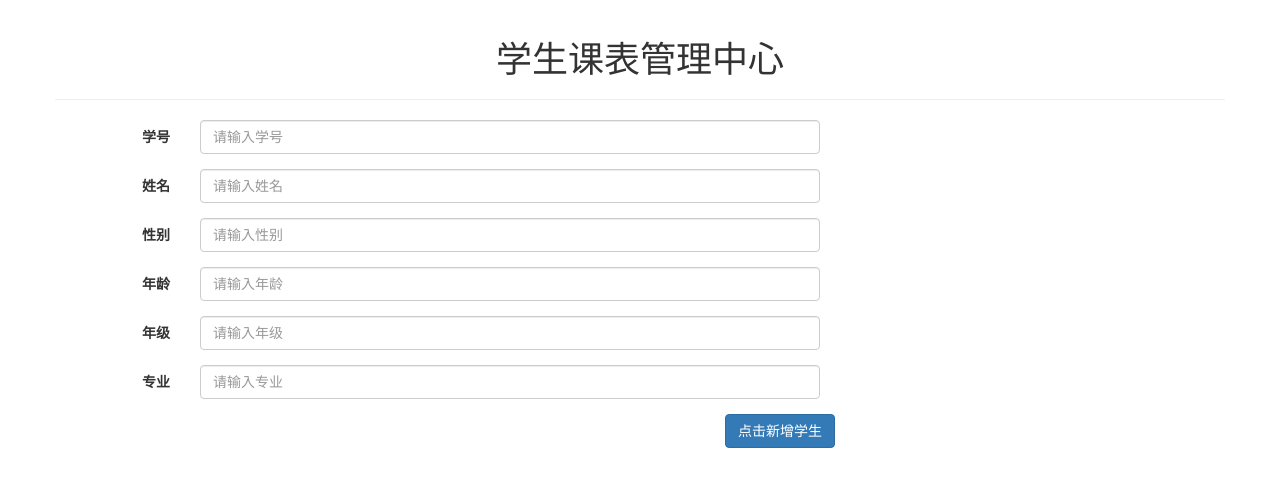
Repository: JetChen07/mybatis
Page: http://localhost/course/addstudent.jsp
These files come from the project's save history. The page is drawn as it stood at one moment and after the next save; the edit follows.
The browser window is 1280 px wide. The pictures show the whole page.
The page is served by Tomcat 9. Nobody is signed in. The application's start-up code is not run. Other server files are loaded and not shown.

Above is the page before, as saved 2018-05-22 01:32:06.

### course/src/main/webapp/addstudent.jsp
<%@ page contentType="text/html;charset=UTF-8" language="java" import="com.jack.entity.Student,java.util.*" isELIgnored="false"%>
<%@ taglib prefix="c" uri="http://java.sun.com/jsp/jstl/core"%>
<%@ taglib prefix="fmt" uri="http://java.sun.com/jsp/jstl/fmt" %>
<!DOCTYPE html PUBLIC "-//W3C//DTD HTML 4.01 Transitional//EN" "http://www.w3.org/TR/html4/loose.dtd">
<html>
<head>
    <title>学生课表管理中心</title>
    <link rel="stylesheet" href="lib/bootstrap-3.3.7-dist/css/bootstrap.min.css">
    <script src="lib/2.2.4/jquery-1.12.4.min.js"></script>
    <script src="lib/bootstrap-3.3.7-dist/js/bootstrap.min.js"></script>
</head>
<body>
<div class="container">
    <div class="row">
        <div class="page-header" align="center">
            <h1>学生课表管理中心</h1>
        </div>
    </div>
    <div class="row">
        <div class="col-md-8 ">
            <form class="form-horizontal" action="${pageContext.request.contextPath}/addstudent">
                <div class="form-group">
                    <label for="username" class="col-sm-2 control-label">学号</label>
                    <div class="col-sm-10">
                        <input type="text" class="form-control" id="reg_no" name="reg_no" placeholder="请输入学号">
                    </div>
                </div>
                <div class="form-group">
                    <label for="userpass" class="col-sm-2 control-label">姓名</label>
                    <div class="col-sm-10">
                        <input type="text" class="form-control" id="userpass" name="userpass" placeholder="请输入姓名">
                    </div>
                </div>
                <div class="form-group">
                    <label for="nickname" class="col-sm-2 control-label">性别</label>
                    <div class="col-sm-10">
                        <input type="text" class="form-control" id="nickname" name="nickname" placeholder="请输入性别">
                    </div>
                </div>
                <div class="form-group">
                    <label for="age" class="col-sm-2 control-label">年龄</label>
                    <div class="col-sm-10">
                        <input type="text" class="form-control" id="age" name="age"  placeholder="请输入年龄">
                    </div>
                </div>
                <div class="form-group">
                    <label for="gender" class="col-sm-2 control-label">年级</label>
                    <div class="col-sm-10">
                        <input type="text" class="form-control" id="gender" name="gender"  placeholder="请输入年级">
                    </div>
                </div>
                <div class="form-group">
                    <label for="phone" class="col-sm-2 control-label">专业</label>
                    <div class="col-sm-10">
                        <input type="text" class="form-control" id="phone" name="phone"  placeholder="请输入专业">
                    </div>
                </div>
                <div class="form-group" align="right">
                    <input type="submit" value="点击新增学生" class="btn btn-primary">
                </div>
            </form>
        </div>
    </div>
</div>

</body>
</html>

Loaded but not shown: course/src/main/webapp/lib/bootstrap-3.3.7-dist/css/bootstrap.min.css (library); course/src/main/webapp/lib/2.2.4/jquery-1.12.4.min.js (library); course/src/main/webapp/lib/bootstrap-3.3.7-dist/js/bootstrap.min.js (library)

After the next save:
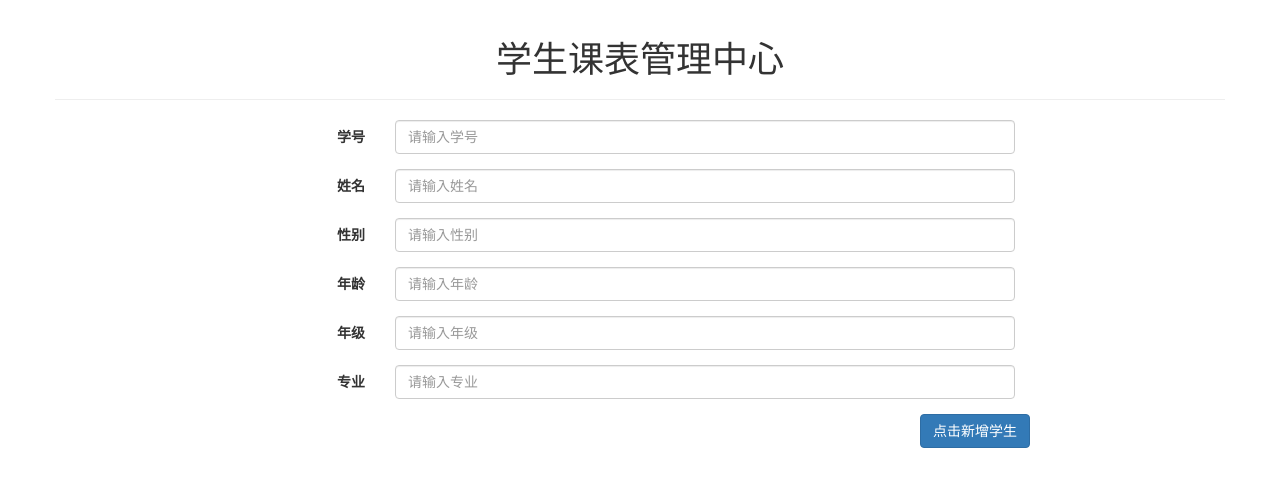
Saved 31 s later.
--- a/course/src/main/webapp/addstudent.jsp
+++ b/course/src/main/webapp/addstudent.jsp
@@ -17,7 +17,7 @@
         </div>
     </div>
     <div class="row">
-        <div class="col-md-8 ">
+        <div class="col-md-8 col-md-offset-2">
             <form class="form-horizontal" action="${pageContext.request.contextPath}/addstudent">
                 <div class="form-group">
                     <label for="username" class="col-sm-2 control-label">学号</label>
